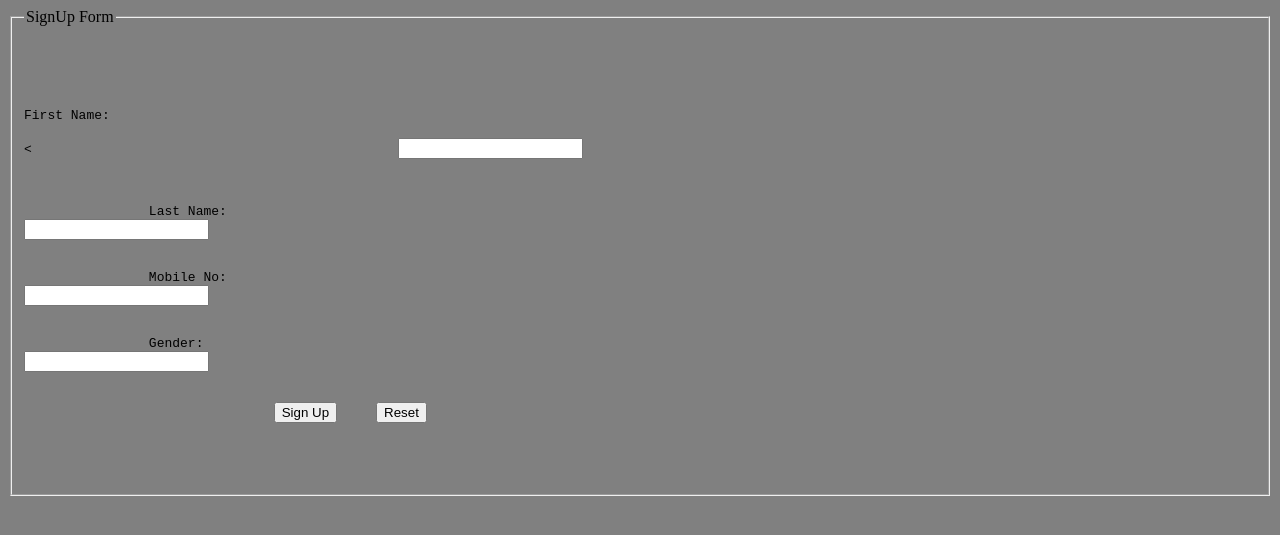
Repository: USChaurasiya/SpringCore
Page: http://localhost/SpringExample/
An editor plug-in stored every save of this project. The page is shown before and after the next save, followed by the edit.
The browser window is 1280 px wide. The pictures show the whole page.
The page is served by Tomcat 9.

Above is the page before, as saved 2017-02-14 07:41:01.

After the next save:
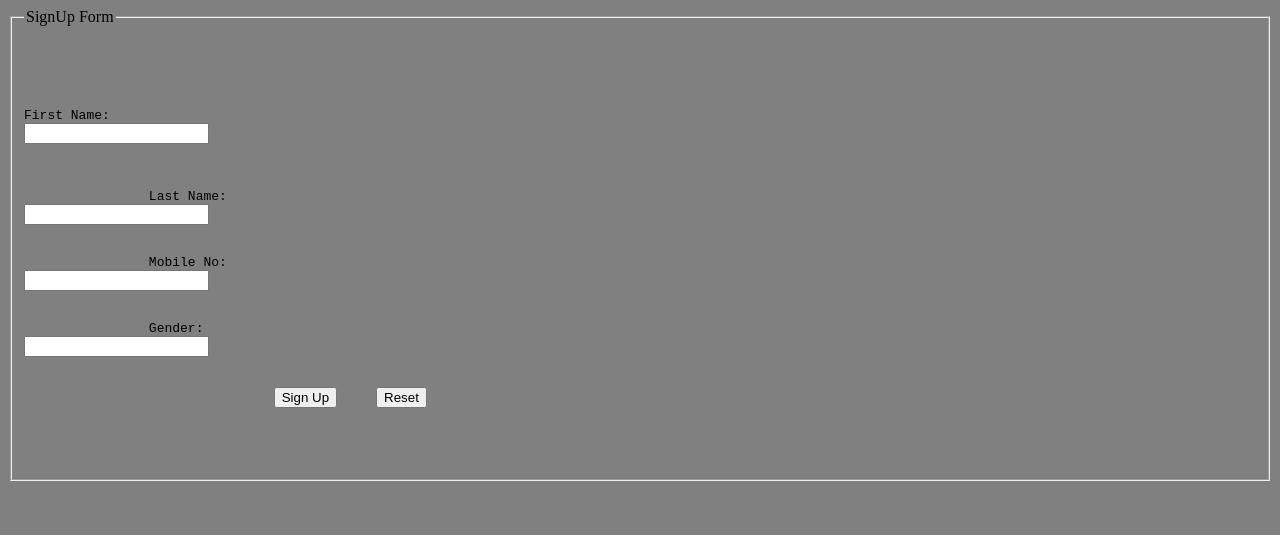
Saved 27 s later.
--- a/SpringExample/WebContent/Signup.jsp
+++ b/SpringExample/WebContent/Signup.jsp
@@ -14,8 +14,7 @@
 		<legend >SignUp Form</legend>
 		      <pre>
                 <div>
-					<div>First Name: </div>
-<						<input type="text" name="fname">
+					<div>First Name: </div><input type="text" name="fname">
 					</div>
 
                 <span>Last Name: </span> <div><input type="text" name="lname"></div>
